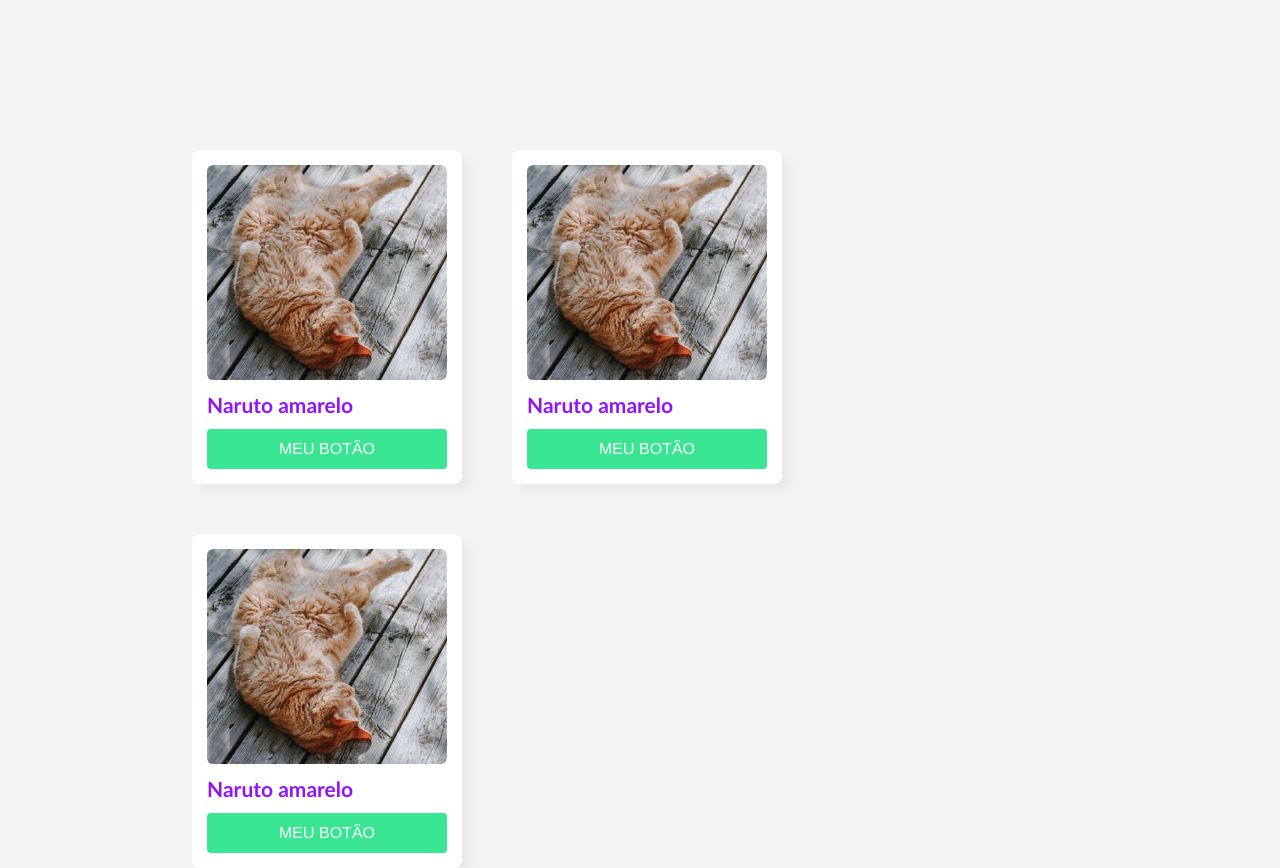
Repository: alessandradiamantino/Curso-Front-End-Design
Page: 1 - Introdução ao HTML e CSS/2 - Exercício CSS/01/codesignerspro-arquivos-exercicio-css-02/codesignerspro-arquivos-exercicio-css-02/index.html
These files come from the project's save history. The page is drawn as it stood at one moment and after the next save; the edit follows.
The browser window is 1280 px wide. The pictures show the whole page.

Above is the page before, as saved 2023-04-22 09:50:26.

After the next save:
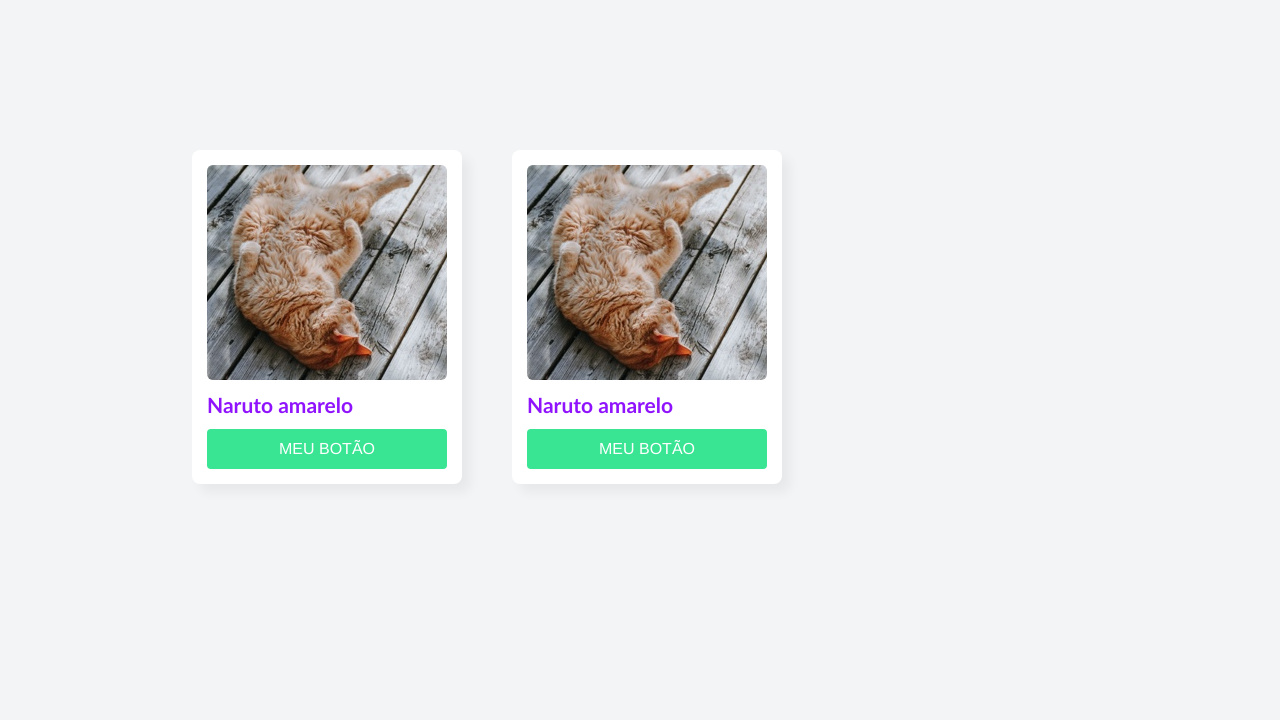
Saved 11 s later.
--- a/1 - Introdução ao HTML e CSS/2 - Exercício CSS/01/codesignerspro-arquivos-exercicio-css-02/codesignerspro-arquivos-exercicio-css-02/index.html
+++ b/1 - Introdução ao HTML e CSS/2 - Exercício CSS/01/codesignerspro-arquivos-exercicio-css-02/codesignerspro-arquivos-exercicio-css-02/index.html
@@ -43,21 +43,6 @@
 </div>
 </div>
 
-<div class="card-container">
-  <div class="card">
-    <img src="images/gato-01.jpg"
-      alt="gato deitado"
-      title="gatinho"
-      class="card-image"
-    />
-    <div class="card-body">
-      <h1>Naruto amarelo</h1>
-  </div>
-  <div class="card-footer">
-   <a href="https://web.whatsapp.com/" class="btn">Meu Botão</a>
-  </div>
-</div>
-</div>
   </main>
 </body>
 

After the 2 saves that followed:
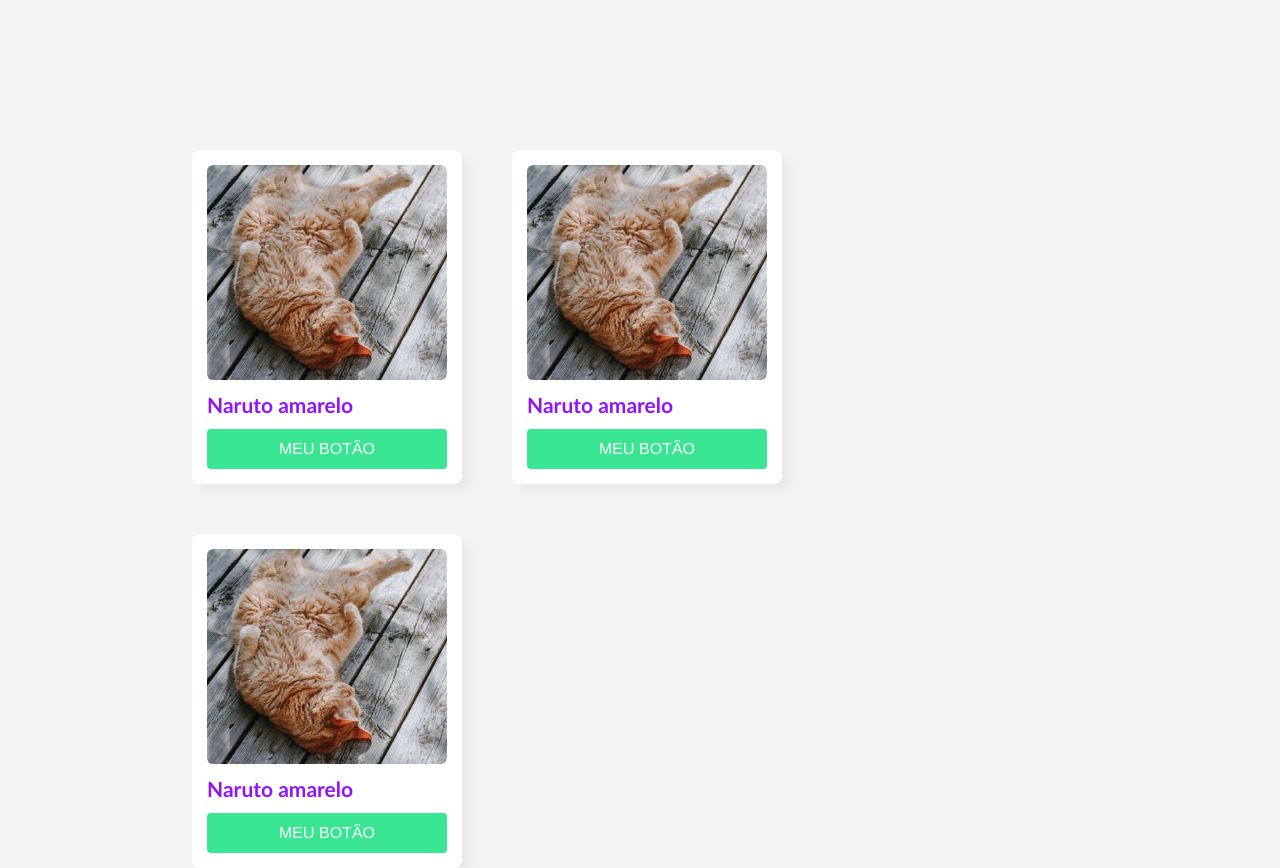
The 2 saves are shown as one change because 1 left the picture as it was.
The last was saved 25 s later.
--- a/1 - Introdução ao HTML e CSS/2 - Exercício CSS/01/codesignerspro-arquivos-exercicio-css-02/codesignerspro-arquivos-exercicio-css-02/index.html
+++ b/1 - Introdução ao HTML e CSS/2 - Exercício CSS/01/codesignerspro-arquivos-exercicio-css-02/codesignerspro-arquivos-exercicio-css-02/index.html
@@ -43,6 +43,21 @@
 </div>
 </div>
 
+<div class="card-container">
+  <div class="card">
+    <img src="images/gato-01.jpg"
+      alt="gato deitado"
+      title="gatinho"
+      class="card-image"
+    />
+    <div class="card-body">
+      <h1>Naruto amarelo</h1>
+  </div>
+  <div class="card-footer">
+   <a href="https://web.whatsapp.com/" class="btn">Meu Botão</a>
+  </div>
+</div>
+</div>
   </main>
 </body>
 
